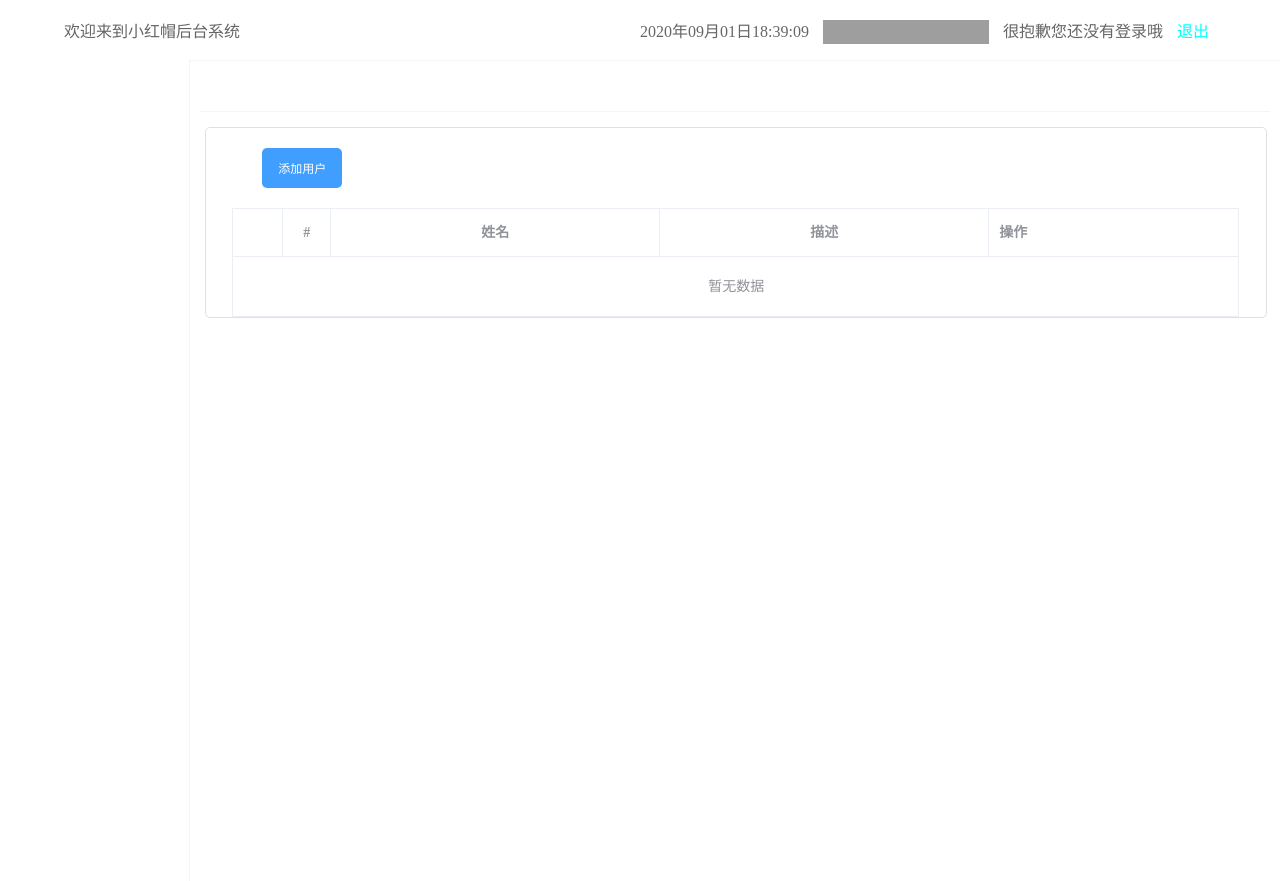
Repository: jinggegeZ/whitesystem
Page: /rights/roles
The author's editor kept a copy of each file at every save. The page is drawn from the files as they stood at one save, then again after the next save.
The browser window is 1280 px wide. The pictures show the whole page.
Pictures or frames that could not be fetched are drawn as grey boxes. The page's requests for data from a server got no answer. The project was rebuilt for these pictures with package versions that can differ from the ones it lists, and the page was loaded fresh each time. No one was signed in, and anything a server would have sent is missing. Also part of the build but not shown: vue.config.js, src/views/Home.vue.

Above is the page before, as saved 2020-09-02 13:01:08.

After the next save:
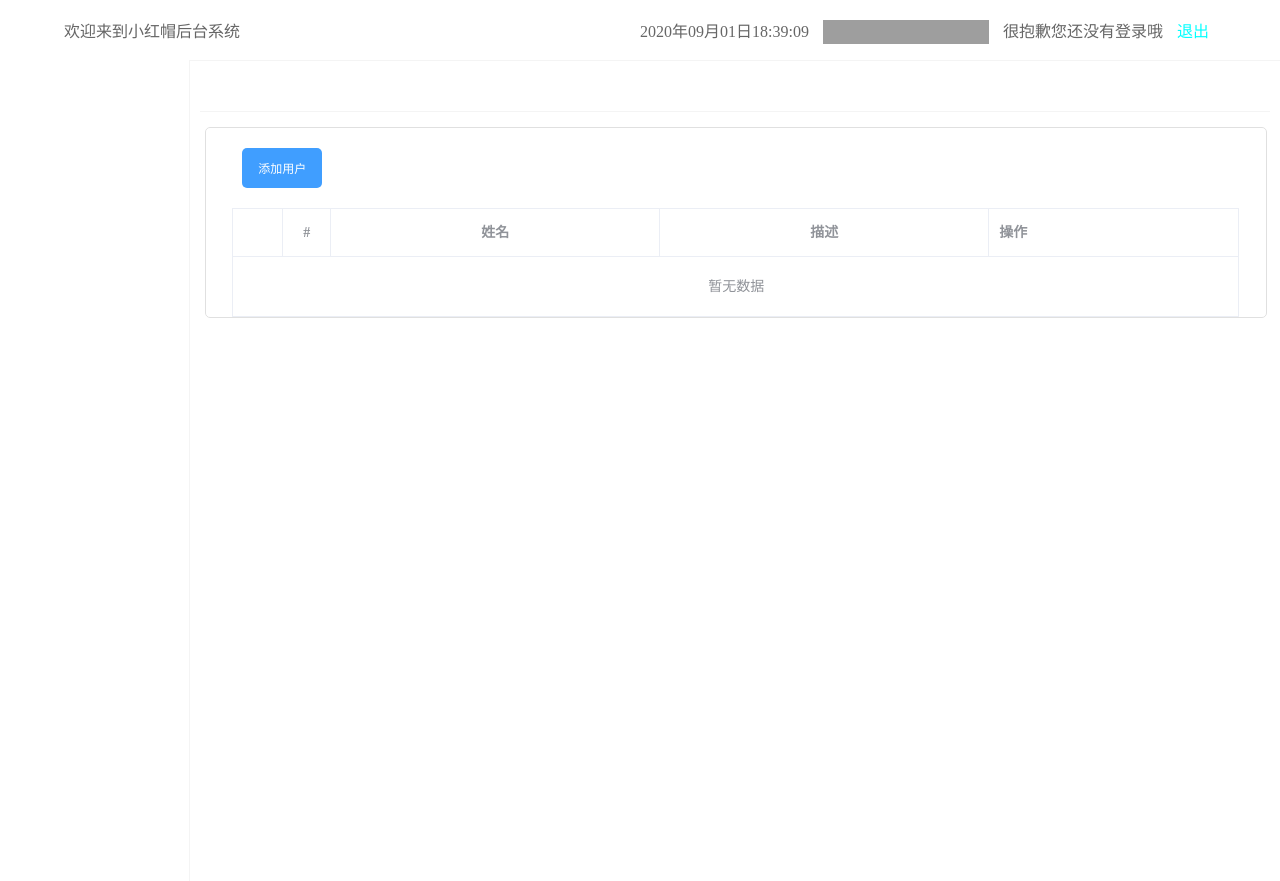
Saved 47 s later.
--- a/src/views/roleList/RoleList.vue
+++ b/src/views/roleList/RoleList.vue
@@ -356,7 +356,7 @@ export default {
   color: white;
   font-size: 12px;
   background: rgb(64, 158, 255);
-  margin-left: 30px;
+  margin-left: 10px;
   border-radius: 5px;
 }
 .fenye {
